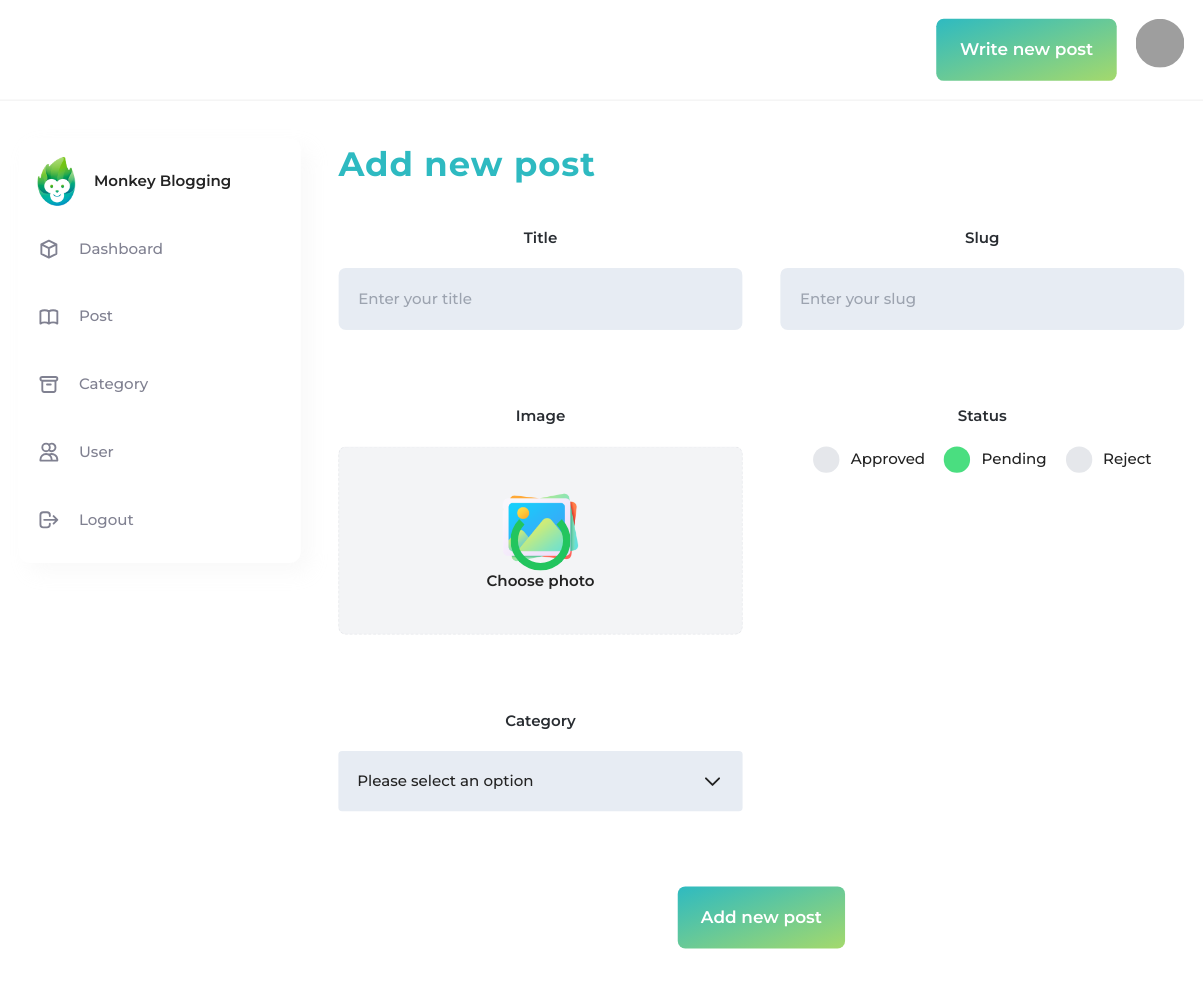
Repository: ThanhPhongsof/react-course-projects
Page: /manage/add-post (app in react-monkey-bloging/)
An editor plug-in stored every save of this project. The page is shown before and after the next save, followed by the edit.
The browser window is 1280 px wide. The pictures show the whole page, at 94% of full size.
Pictures or frames that could not be fetched are drawn as grey boxes. The project was rebuilt for these pictures with package versions that can differ from the ones it lists, and the page was loaded fresh each time. Also part of the build but not shown: react-monkey-bloging/src/page/AuthenticationPage.js, react-monkey-bloging/src/components/icon/IconEyeOpen.js, react-monkey-bloging/src/components/icon/IconEyeClose.js, react-monkey-bloging/src/components/icon/index.js, react-monkey-bloging/src/components/input/InputPasswordToggle.js, react-monkey-bloging/src/page/SignUpPage.js, react-monkey-bloging/src/page/SignInPage.js, react-monkey-bloging/src/components/layout/Header.js and 21 more. Imported but missing from the stored project, and not drawn on this page: react-monkey-bloging/src/components/loading/LoadingSpinner, react-monkey-bloging/src/module/post/PostMeta.

Above is the page before, as saved 2022-05-09 15:10:53.

After the next save:
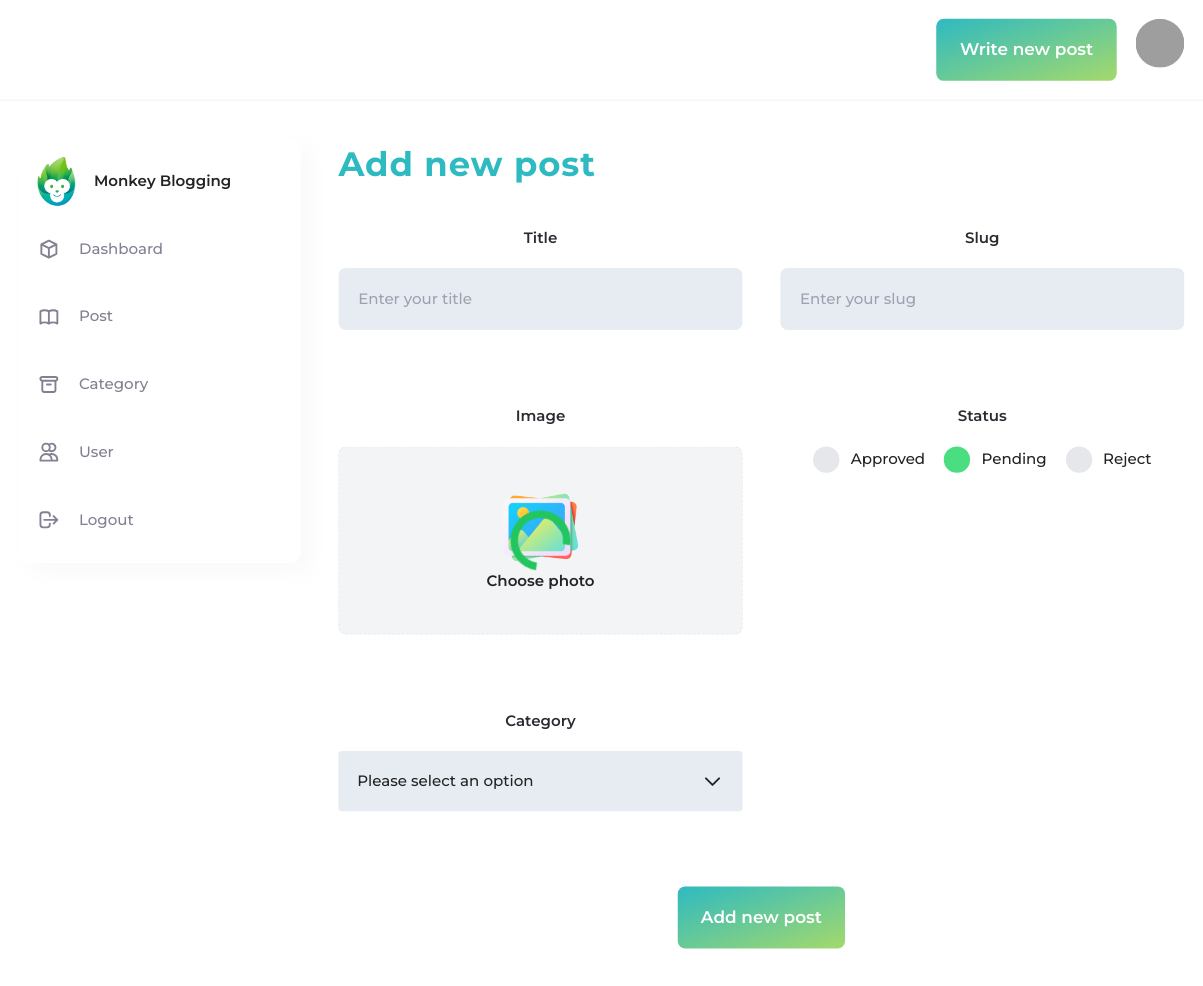
Saved 35 s later.
--- a/react-monkey-bloging/src/components/image/ImageUpload.js
+++ b/react-monkey-bloging/src/components/image/ImageUpload.js
@@ -58,6 +58,7 @@ const ImageUploadStyles = styled.label`
       position: absolute;
       z-index: 10;
       border-radius: 9999px;
+      animation: spin 4s linear infinite;
 
       /* border-top-color: transparent;
       border-color: rgb(34 197 94 /1);
